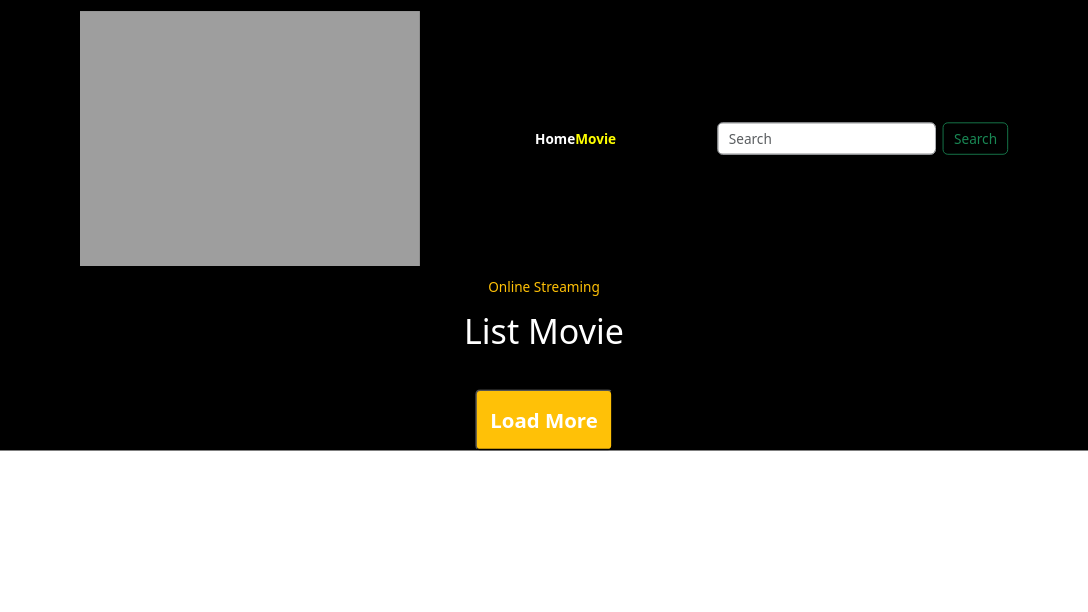
Repository: tronglap/React-Movie
Page: /list-movie
An editor plug-in stored every save of this project. The page is shown before and after the next save, followed by the edit.
The browser window is 1280 px wide. The pictures show the whole page, at 85% of full size.
Pictures or frames that could not be fetched are drawn as grey boxes. The page's requests for data from a server got no answer. The project was rebuilt for these pictures with package versions that can differ from the ones it lists, and the page was loaded fresh each time. No one was signed in, and anything a server would have sent is missing. Also part of the build but not shown: src/component/Home/Banner.js, src/component/Home/ListMovie.css, src/component/CardMovie/CardMovie.js, src/useFetch.js, src/component/Home/ListMovie.js, src/component/Home/Home.js, src/component/ListMovie/SearchMovie.js.

Above is the page before, as saved 2024-02-21 20:41:30.

### public/index.html
<!DOCTYPE html>
<html lang="en">

<head>
  <meta charset="utf-8" />
  <link rel="icon" href="%PUBLIC_URL%/favicon.ico" />
  <meta name="viewport" content="width=device-width, initial-scale=1" />
  <meta name="theme-color" content="#000000" />
  <meta name="description" content="Web site created using create-react-app" />
  <link rel="apple-touch-icon" href="%PUBLIC_URL%/logo192.png" />
  <!--
      manifest.json provides metadata used when your web app is installed on a
      user's mobile device or desktop. See https://developers.google.com/web/fundamentals/web-app-manifest/
    -->
  <link rel="manifest" href="%PUBLIC_URL%/manifest.json" />
  <link rel="stylesheet" href="https://cdnjs.cloudflare.com/ajax/libs/font-awesome/6.5.1/css/all.min.css" integrity="sha512-DTOQO9RWCH3ppGqcWaEA1BIZOC6xxalwEsw9c2QQeAIftl+Vegovlnee1c9QX4TctnWMn13TZye+giMm8e2LwA==" crossorigin="anonymous" referrerpolicy="no-referrer" />
  <!--
      Notice the use of %PUBLIC_URL% in the tags above.
      It will be replaced with the URL of the `public` folder during the build.
      Only files inside the `public` folder can be referenced from the HTML.

      Unlike "/favicon.ico" or "favicon.ico", "%PUBLIC_URL%/favicon.ico" will
      work correctly both with client-side routing and a non-root public URL.
      Learn how to configure a non-root public URL by running `npm run build`.
    -->
  <title>Movie App</title>
</head>

<body>
  <noscript>You need to enable JavaScript to run this app.</noscript>
  <div class="dark" id="root"></div>
  <!--
      This HTML file is a template.
      If you open it directly in the browser, you will see an empty page.

      You can add webfonts, meta tags, or analytics to this file.
      The build step will place the bundled scripts into the <body> tag.

      To begin the development, run `npm start` or `yarn start`.
      To create a production bundle, use `npm run build` or `yarn build`.
    -->
</body>

</html>

### src/App.js
import "bootstrap/dist/css/bootstrap.min.css";
import "./App.css";
import Header from "./component/Header/Header";
import Home from "./component/Home/Home";
import { Route, Routes } from "react-router-dom";
import ListMovie from "./component/ListMovie/ListMovie";
import SearchMovie from "./component/ListMovie/SearchMovie";

function App() {
  return (
    <div>
      <Header></Header>
      <Routes>
        <Route path="/" element={<Home></Home>}></Route>
        <Route path="/list-movie" element={<ListMovie></ListMovie>}></Route>
        <Route
          path="/search/:slug"
          element={<SearchMovie></SearchMovie>}
        ></Route>
      </Routes>
    </div>
  );
}

export default App;

### src/App.css
.dark {
  background-color: black;
  color: white;
  height: max-content;
}

### src/component/Header/Header.js
import React, { useState } from "react";
import { Button, Container, Form, Nav, Navbar } from "react-bootstrap";
import "./Header.css";
import { NavLink, useNavigate } from "react-router-dom";

const Header = () => {
  const [keySearch, setKeySearch] = useState();
  const navigate = useNavigate();
  const handleSearch = (e) => {
    if (e.keyCode === 13) {
      console.log(keySearch);
      navigate(`/search/${keySearch}`);
    }
  };

  return (
    <Container>
      <Navbar expand="lg" className="bg-body-black">
        <Container fluid>
          <Navbar.Brand href="#">
            <img
              src="https://react-film-clone.vercel.app/img/logo.svg"
              alt=""
            />
          </Navbar.Brand>
          <Navbar.Toggle aria-controls="navbarScroll" />
          <Navbar.Collapse id="navbarScroll">
            <Nav
              className="me-auto my-2 my-lg-0 m-auto"
              style={{ maxHeight: "100px" }}
              navbarScroll
            >
              <NavLink to="/" className="text-color">
                Home
              </NavLink>
              <NavLink to="/list-movie" className="text-color">
                Movie
              </NavLink>
            </Nav>
            <div className="d-flex">
              <Form.Control
                type="search"
                placeholder="Search"
                className="me-2"
                aria-label="Search"
                onChange={(e) => setKeySearch(e.target.value)}
                onKeyDown={handleSearch}
              />
              <Button variant="outline-success">Search</Button>
            </div>
          </Navbar.Collapse>
        </Container>
      </Navbar>
    </Container>
  );
};

export default Header;

### src/component/ListMovie/ListMovie.js
// import React, { useEffect, useState } from "react";
// import { Col, Container, Row } from "react-bootstrap";
// import CardMovie from "../CardMovie/CardMovie";
// import useFetch from "../../useFetch";

import "./ListMovie.css";

// const ListMovie = () => {
//   const API_KEY = "e9e9d8da18ae29fc430845952232787c";
//   const [page, setPage] = useState(1);
//   const ListMovie = useFetch(
//     `https://api.themoviedb.org/3/discover/movie?api_key=${API_KEY}&page=${page}`
//   );

//   const [moreMovie, setMoreMovie] = useState(ListMovie);
//   const handleShow = () => {
//     setPage((prevPage) => prevPage + 1);
//   };

//   useEffect(() => {
//     setMoreMovie(ListMovie);
//   }, [ListMovie]);

//   return (
//     <div>
//       <Container>
//         <div className="headline text-center">
//           <p className="text-warning">Online Streaming</p>
//           <h1>List Movie</h1>
//         </div>
//         <div className=" mt-4">
//           <Row>
//             {moreMovie.results &&
//               moreMovie.results.map((item) => (
//                 <Col lg={3}>
//                   <CardMovie
//                     poster_path={item.poster_path}
//                     title={item.title}
//                     original_title={item.original_title}
//                     release_date={item.release_date}
//                     vote_average={item.vote_average}
//                   ></CardMovie>
//                 </Col>
//               ))}
//           </Row>
//         </div>
//         <button className="show w-25 bg-warning " onClick={() => handleShow()}>
//           ShowMore
//         </button>
//       </Container>
//     </div>
//   );
// };

// export default ListMovie;

import React, { useEffect, useState } from "react";
import { Col, Container, Row } from "react-bootstrap";
import CardMovie from "../CardMovie/CardMovie";

const ListMovie = () => {
  const API_KEY = "e9e9d8da18ae29fc430845952232787c";
  const [page, setPage] = useState(1);
  const [movieList, setMovieList] = useState([]);
  const [isLoading, setIsLoading] = useState(true);

  const fetchMovies = async () => {
    try {
      const response = await fetch(
        `https://api.themoviedb.org/3/discover/movie?api_key=${API_KEY}&page=${page}`
      );
      const data = await response.json();

      setMovieList((prevList) => [...prevList, ...data.results]);
    } catch (error) {
      console.error("Error fetching movies:", error);
    } finally {
      setIsLoading(false);
    }
  };

  useEffect(() => {
    fetchMovies();
  }, [page]);

  const handleLoadMore = () => {
    setPage((prevPage) => prevPage + 1);
  };

  return (
    <div>
      <Container>
        <div className="headline text-center">
          <p className="text-warning">Online Streaming</p>
          <h1>List Movie</h1>
        </div>
        <div className=" mt-4">
          <Row>
            {movieList.map((item) => (
              <Col lg={3} key={item.id}>
                <CardMovie
                  poster_path={item.poster_path}
                  title={item.title}
                  original_title={item.original_title}
                  release_date={item.release_date}
                  vote_average={item.vote_average}
                ></CardMovie>
              </Col>
            ))}
          </Row>
        </div>
        {isLoading ? (
          <p>Loading...</p>
        ) : (
          <div className="show">
            <button
              className=" bg-warning p-3 fw-bold fs-4 text-white rounded-2"
              onClick={() => handleLoadMore()}
            >
              Load More
            </button>
          </div>
        )}
      </Container>
    </div>
  );
};

export default ListMovie;

### src/component/Header/Header.css
.text-color {
    color: white;
    font-weight: bold;
    text-decoration: none;
}

.text-color:hover {
    color: yellow
}

.active {
    color: yellow
}

### src/component/ListMovie/ListMovie.css
.show {
    align-items: center;
    display: flex;
    justify-content: center;
    margin-top: 20px;
}

### src/component/Home/Banner.css
.full {
    width: 100%;
}

img {
    width: 100%;
}

Loaded but not shown: src/index.js (common file); src/index.css (common file); src/reportWebVitals.js (common file)

After the next save:
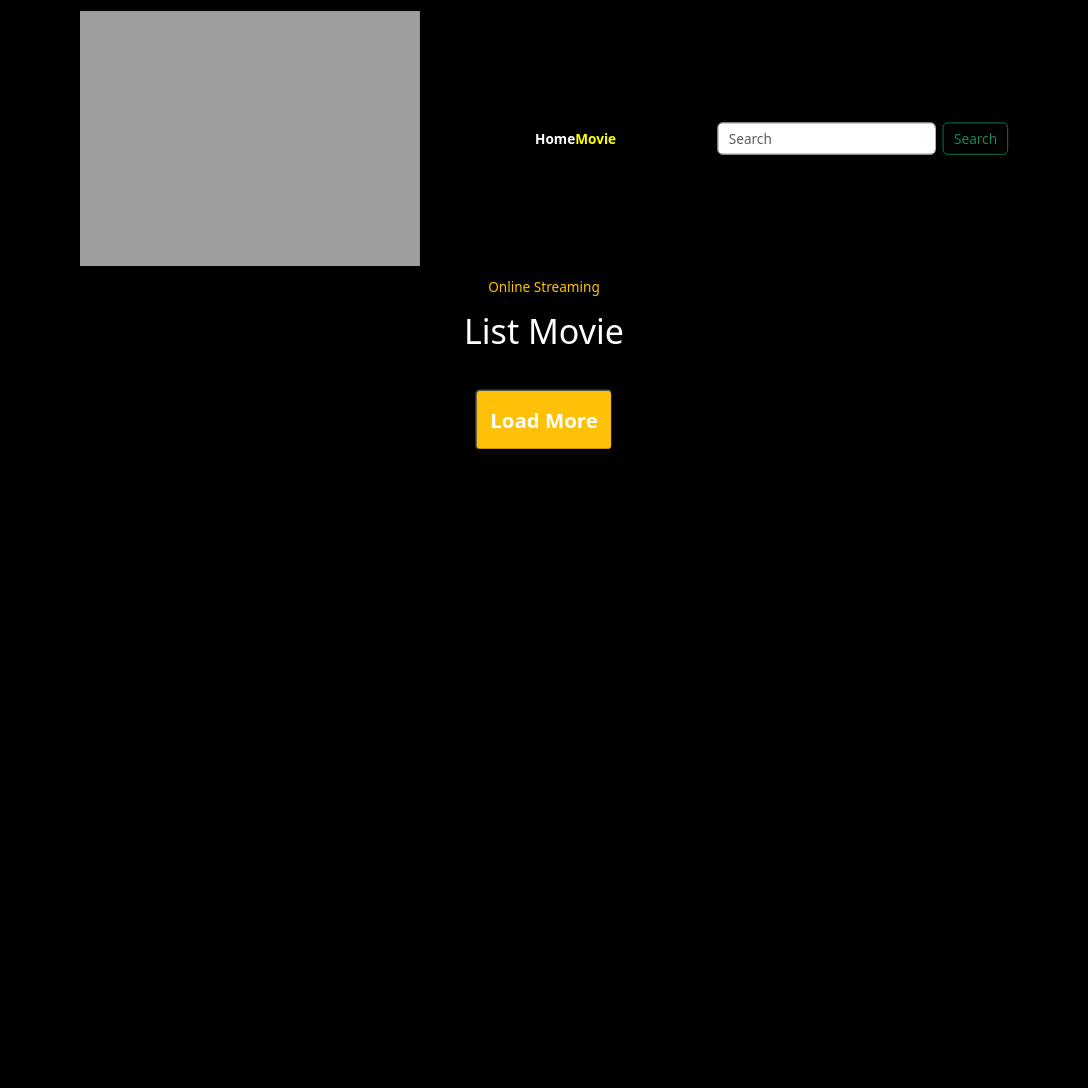
Saved 67 s later.
--- a/src/App.css
+++ b/src/App.css
@@ -1,5 +1,5 @@
 .dark {
   background-color: black;
   color: white;
-  height: max-content;
+  height: 100vmax;
 }

After the save that followed:
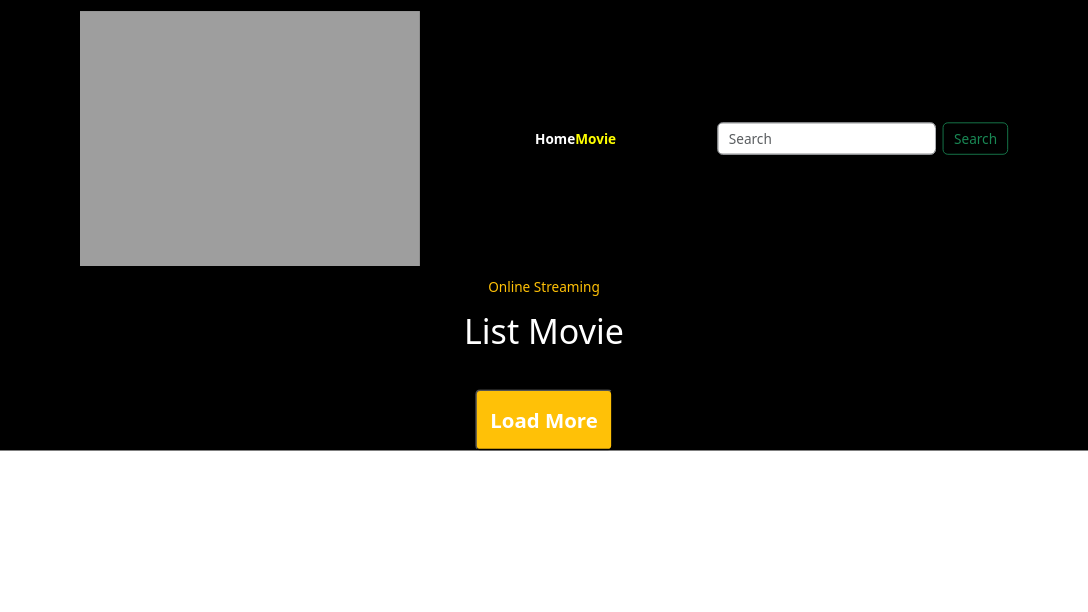
Saved 61 s later.
--- a/src/App.css
+++ b/src/App.css
@@ -1,5 +1,5 @@
 .dark {
   background-color: black;
   color: white;
-  height: 100vmax;
+  height: 100%;
 }
